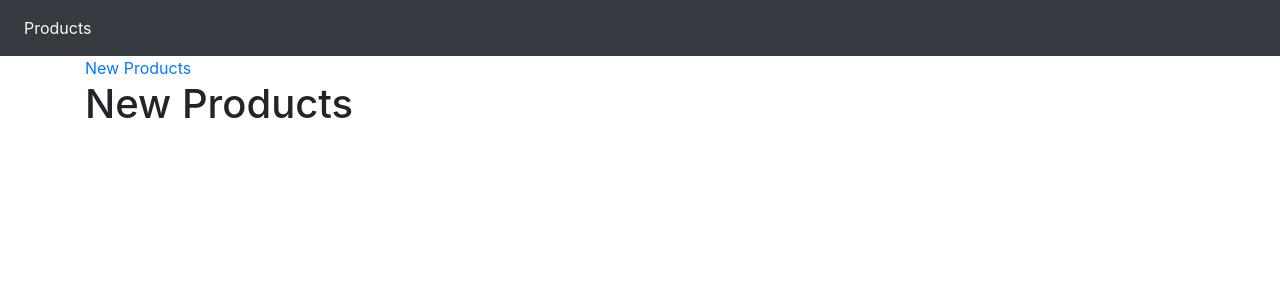
Repository: Aniksaha19/curd
Page: http://localhost/product/create
The author's editor kept a copy of each file at every save. The page is drawn from the files as they stood at one save, then again after a run of saves.
The browser window is 1280 px wide. The pictures show the whole page.
The page is served by the project's Laravel application, run on PHP 8.4 with Laravel 10. Other server files are loaded and not shown.

Above is the page before, as saved 2023-06-01 16:33:37.

### routes/web.php
<?php

use Illuminate\Support\Facades\Route;
use App\Http\Controllers\ProductController;

/*
|--------------------------------------------------------------------------
| Web Routes
|--------------------------------------------------------------------------
|
| Here is where you can register web routes for your application. These
| routes are loaded by the RouteServiceProvider and all of them will
| be assigned to the "web" middleware group. Make something great!
|
*/

Route::get('/', [ProductController::class, 'index'])->name('products.index');
Route::get('product/create', [ProductController::class, 'create'])->name('products.create');

### app/Http/Controllers/ProductController.php
<?php

namespace App\Http\Controllers;

use Illuminate\Http\Request;

class ProductController extends Controller
{
    public function index(){
        return view('products.index');
    }
    public function create(){
        return view('products.create');
    }
}

### resources/views/products/create.blade.php
<!DOCTYPE html>
<html lang="en">
<head>
    <meta charset="UTF-8">
    <meta http-equiv="X-UA-Compatible" content="IE=edge">
    <meta name="viewport" content="width=device-width, initial-scale=1.0">
    <title>Laravel CURD</title>

    <link rel="stylesheet" href="https://cdn.jsdelivr.net/npm/bootstrap@4.6.2/dist/css/bootstrap.min.css">
    <script src="https://cdn.jsdelivr.net/npm/jquery@3.6.4/dist/jquery.slim.min.js"></script>
    <script src="https://cdn.jsdelivr.net/npm/popper.js@1.16.1/dist/umd/popper.min.js"></script>
    <script src="https://cdn.jsdelivr.net/npm/bootstrap@4.6.2/dist/js/bootstrap.bundle.min.js"></script>
</head>
<body>

        <nav class="navbar navbar-expand-sm bg-dark">
            <ul class="navbar-nav">
                <li class="nav-item">
                    <a class="nav-link text-light" href="/">Products</a>
                </li>
            </ul>
        </nav>
        <div class="container">
            <div>
                <a href="product/create">New Products</a>
            </div>
            <h1> New Products</h1>
        </div>
</body>
</html>

Loaded but not shown: app/Http/Controllers/Controller.php (common file)

After the next 2 saves:
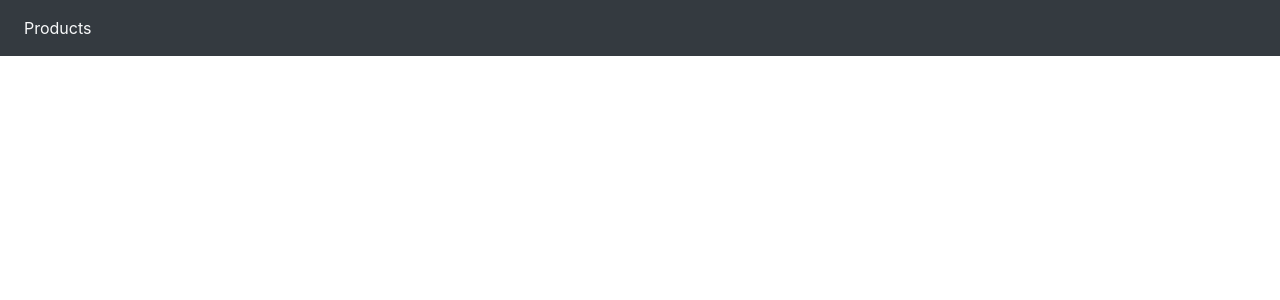
The 2 saves are shown as one change because they came seconds apart.
The last was saved 15 s later.
--- a/resources/views/products/create.blade.php
+++ b/resources/views/products/create.blade.php
@@ -22,7 +22,7 @@
         </nav>
         <div class="container">
             <div>
-                <a href="product/create">New Products</a>
+                <a href="product/create" class=">New Products</a>
             </div>
             <h1> New Products</h1>
         </div>
